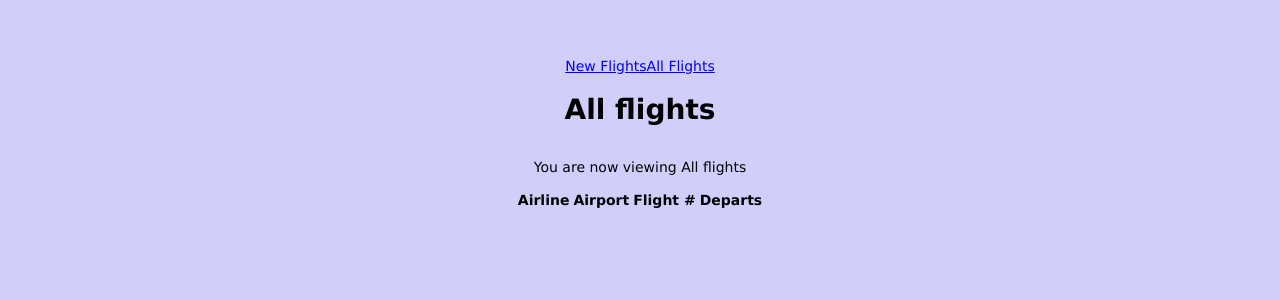
Repository: jmendoza13/mongoose-flights
Page: http://localhost/flights
These files come from the project's save history. The page is drawn as it stood at one moment and after the next save; the edit follows.
The browser window is 1280 px wide. The pictures show the whole page.
The page is served by the project's Node server (server.js). Queries for data that is not in the repository find no rows.

Above is the page before, as saved 2022-07-18 16:07:07.

After the next save:
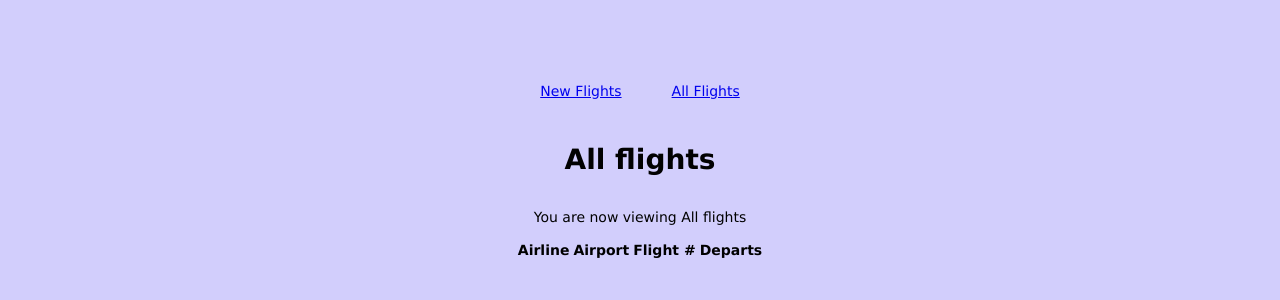
Saved 52 s later.
--- a/public/stylesheets/style.css
+++ b/public/stylesheets/style.css
@@ -16,3 +16,7 @@ nav, h1, p {
   align-items: center;
   text-align: center;
 }
+
+a {
+  padding: 25px;
+}
